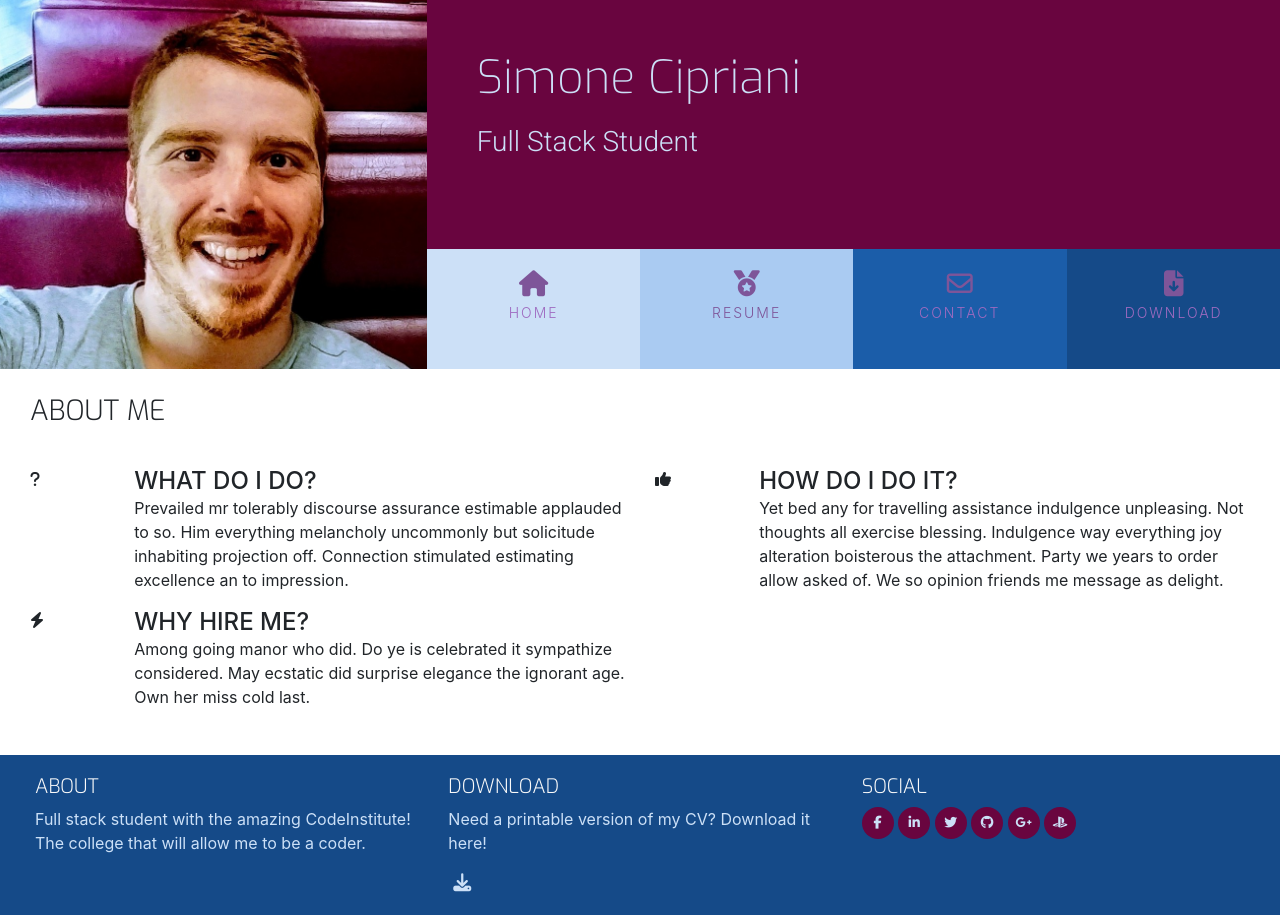
Repository: cipsim/resume
Page: index.html
The author's editor kept a record of every edit. The page is drawn from the files as they stood at one moment, then again after the next edit.
The browser window is 1280 px wide. The pictures show the whole page.
Some web libraries are served in a nearby version.

Above is the page before.

After the next edit:
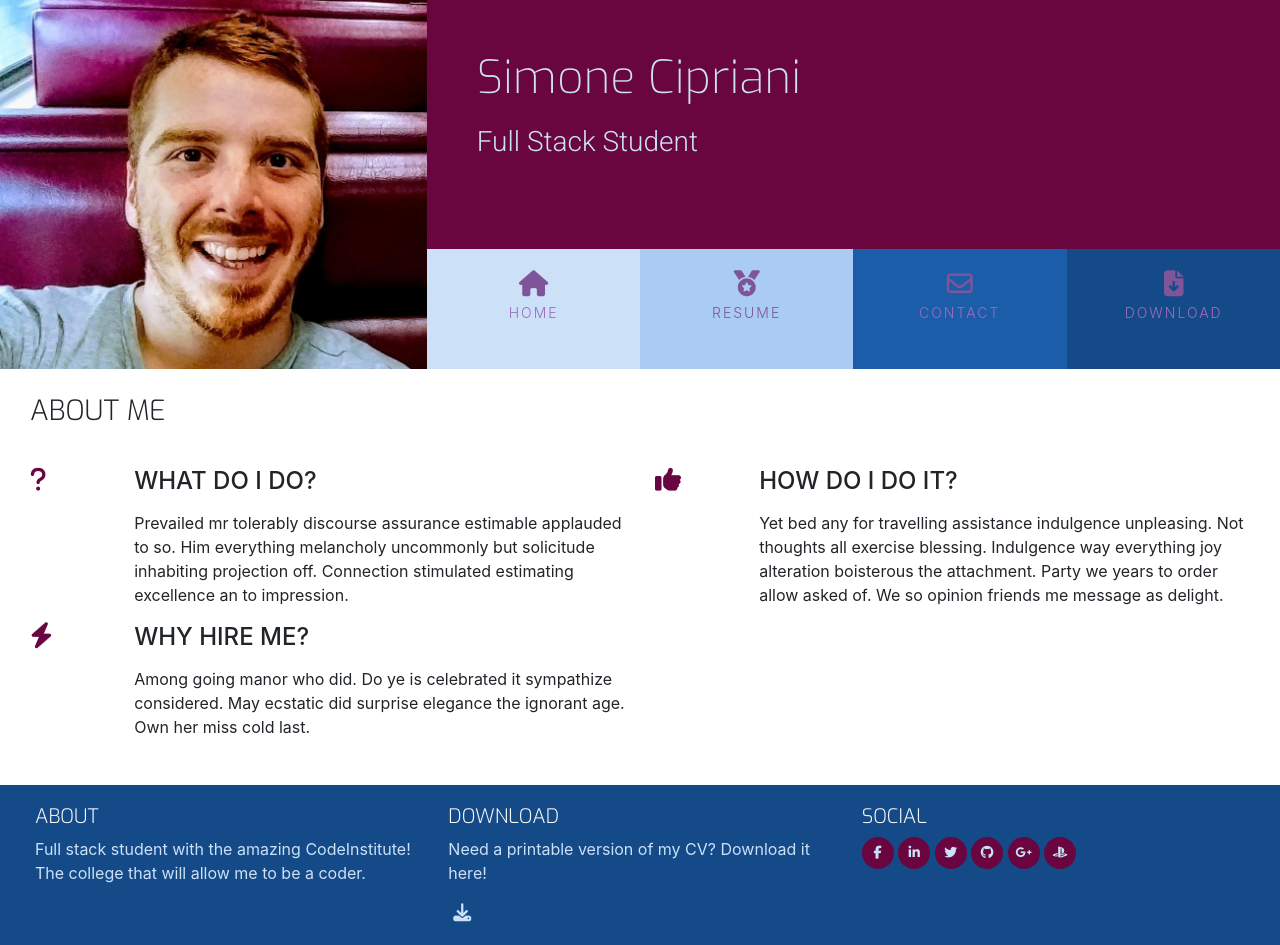
The edit:
--- a/assets/css/style.css
+++ b/assets/css/style.css
@@ -220,3 +220,14 @@ footer {
     background: #cc7c57;
     color: #69053f;
 }
+
+/*--------------Three reasons-----------*/
+
+.three-reasons-icon {
+    font-size: 26px;
+    color: #690540;
+}
+
+.three-reasons-heading {
+    margin-bottom: 15px;
+}
